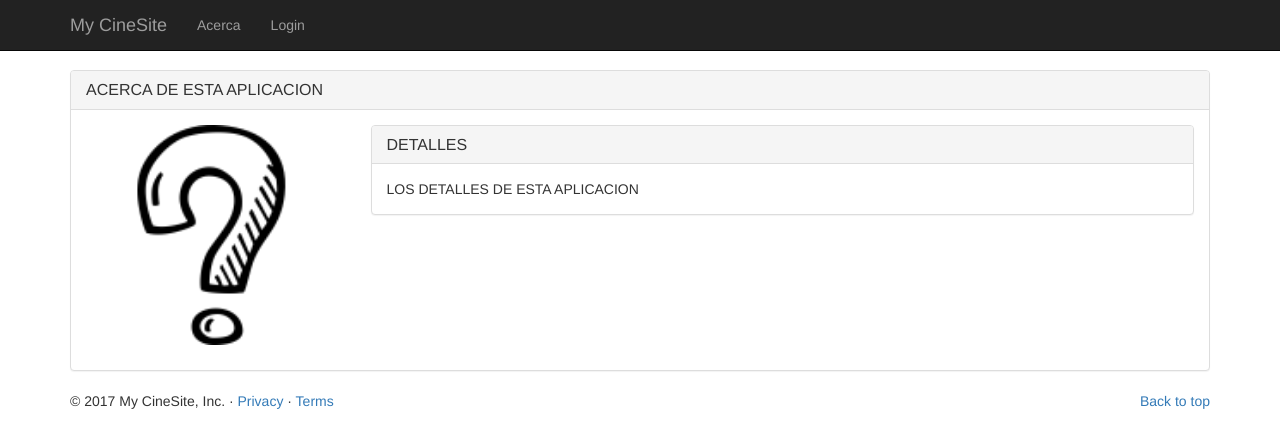
Repository: alejandroBravot/cineSpring
Page: http://localhost/cineapp/WEB-INF/views/acerca.jsp
An editor plug-in stored every save of this project. The page is shown before and after the next save, followed by the edit.
The browser window is 1280 px wide. The pictures show the whole page.
The page is served by Tomcat 9. Nobody is signed in. The template is opened directly, without the code that normally fills it, so the values that code supplies are empty.

Above is the page before, as saved 2020-03-30 11:02:24.

After the next save:
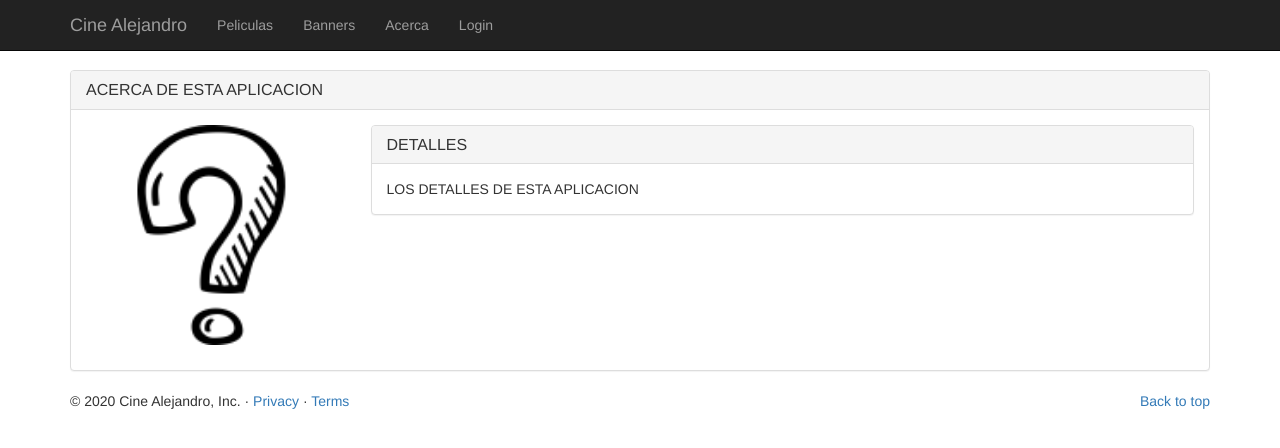
Saved 109 s later.
--- a/cineapp/webapp/WEB-INF/views/acerca.jsp
+++ b/cineapp/webapp/WEB-INF/views/acerca.jsp
@@ -15,26 +15,7 @@
 
 	<body>
 
-		<!-- Fixed navbar -->
-		<nav class="navbar navbar-inverse navbar-fixed-top">
-			<div class="container">
-				<div class="navbar-header">
-					<button type="button" class="navbar-toggle collapsed" data-toggle="collapse" data-target="#navbar" aria-expanded="false" aria-controls="navbar">
-						<span class="sr-only">Toggle navigation</span>
-						<span class="icon-bar"></span>
-						<span class="icon-bar"></span>
-						<span class="icon-bar"></span>
-					</button>
-					<a class="navbar-brand" href="#">My CineSite</a>
-				</div>
-				<div id="navbar" class="navbar-collapse collapse">
-					<ul class="nav navbar-nav">
-						<li><a href="#">Acerca</a></li>
-						<li><a href="#">Login</a></li>
-					</ul>
-				</div><!--/.nav-collapse -->
-			</div>
-		</nav>
+		<jsp:include page="includes/menu.jsp"></jsp:include>
 
 		<div class="container theme-showcase" role="main">
 
@@ -63,11 +44,7 @@
 				</div>
 			</div>
 
-			<!-- FOOTER -->
-			<footer>
-				<p class="pull-right"><a href="#">Back to top</a></p>
-				<p>&copy; 2017 My CineSite, Inc. &middot; <a href="#">Privacy</a> &middot; <a href="#">Terms</a></p>
-			</footer>
+			<jsp:include page="includes/footer.jsp"></jsp:include>
 
 		</div> <!-- /container -->
 
